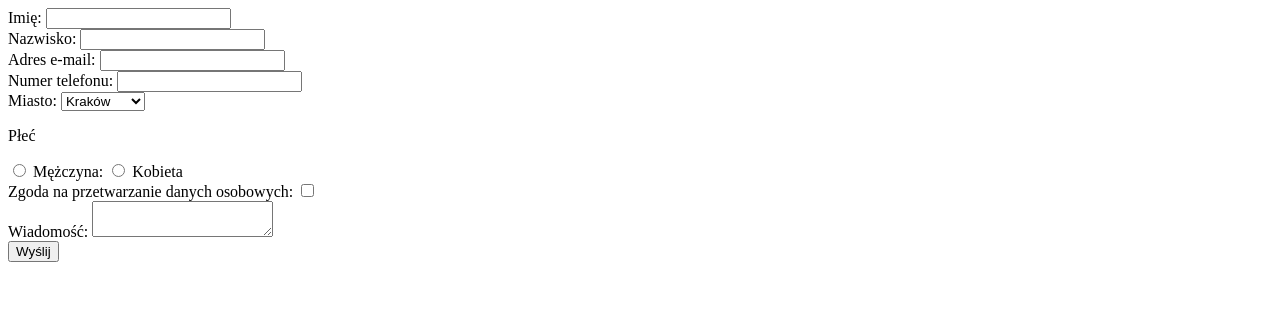
Repository: magdaf41/magdaf41.github.io
Page: zadania-domowe/HTML/zadanie_1/index.html
The author's editor kept a copy of each file at every save. The page is drawn from the files as they stood at one save, then again after a run of saves.
The browser window is 1280 px wide. The pictures show the whole page.

Above is the page before, as saved 2020-08-14 10:05:45.

### zadania-domowe/HTML/zadanie_1/index.html
<!DOCTYPE html>
<html lang="en">

<head>
    <meta charset="UTF-8">
    <meta name="viewport" content="width=device-width, initial-scale=1.0">
    <title>Document</title>
</head>

<body>
    <form action="https://formspree.io/xnqgrbkz" method="POST">

        <label for="name">Imię:</label>
        <input type="text" name="name" id="name"><br>

        <label for="surname">Nazwisko:</label>
        <input type="text" name="surname" id="surname"><br>

        <label for="email">Adres e-mail:</label>
        <input type="email" name="email" id="email"><br>

        <label for="number">Numer telefonu:</label>
        <input type="tel" name="number" id="number"><br>

        <label for="city">Miasto:</label>
        <select name="city" id="city">
            <option value="Kraków">Kraków</option>
            <option value="Warszawa">Warszawa</option>
            <option value="Gdańsk">Gdańsk</option>
        </select> <br>

        <p>Płeć</p>
        <input type="radio" name="gender" id="man">
        <label for="man">Mężczyna:</label>
        <input type="radio" name="gender" id="woman">
        <label for="woman">Kobieta </label><br>


        <label for="agreement">Zgoda na przetwarzanie danych osobowych:</label>
        <input type="checkbox" name="agreement" id="agreement"><br>

        <label for="message">Wiadomość:</label>
        <textarea name="message" id="message"></textarea><br>

        <input type="submit" value="Wyślij">

    </form>

</body>


</html>

After the next 2 saves:
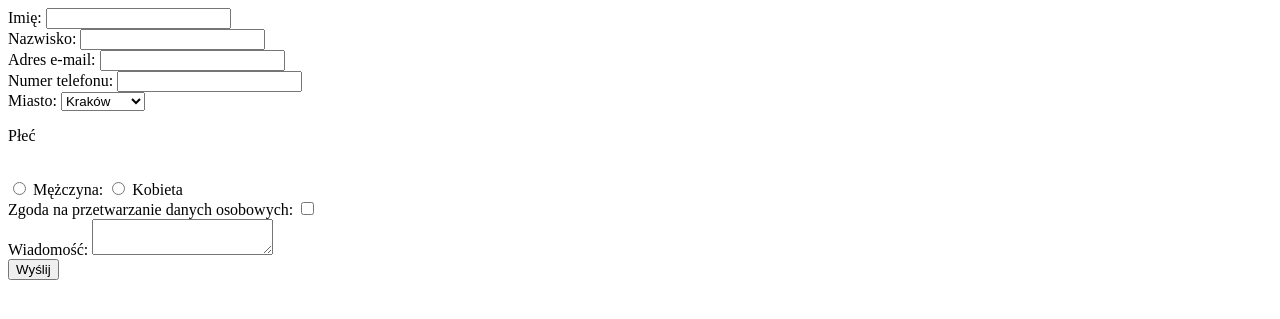
The 2 saves are shown as one change because they came seconds apart.
The last was saved 8 s later.
--- a/zadania-domowe/HTML/zadanie_1/index.html
+++ b/zadania-domowe/HTML/zadanie_1/index.html
@@ -29,7 +29,7 @@
             <option value="Gdańsk">Gdańsk</option>
         </select> <br>
 
-        <p>Płeć</p>
+        <p>Płeć</p><br>
         <input type="radio" name="gender" id="man">
         <label for="man">Mężczyna:</label>
         <input type="radio" name="gender" id="woman">

After the save that followed:
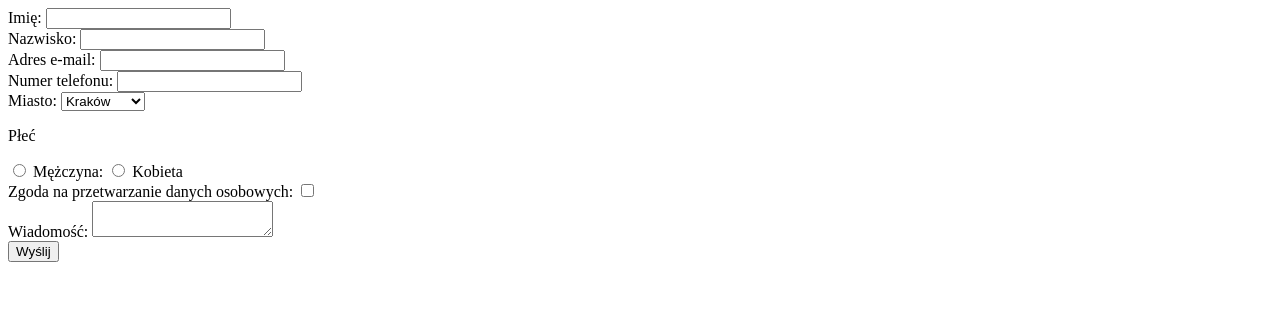
Saved 7 s later.
--- a/zadania-domowe/HTML/zadanie_1/index.html
+++ b/zadania-domowe/HTML/zadanie_1/index.html
@@ -29,7 +29,7 @@
             <option value="Gdańsk">Gdańsk</option>
         </select> <br>
 
-        <p>Płeć</p><br>
+        <p>Płeć</p>
         <input type="radio" name="gender" id="man">
         <label for="man">Mężczyna:</label>
         <input type="radio" name="gender" id="woman">
